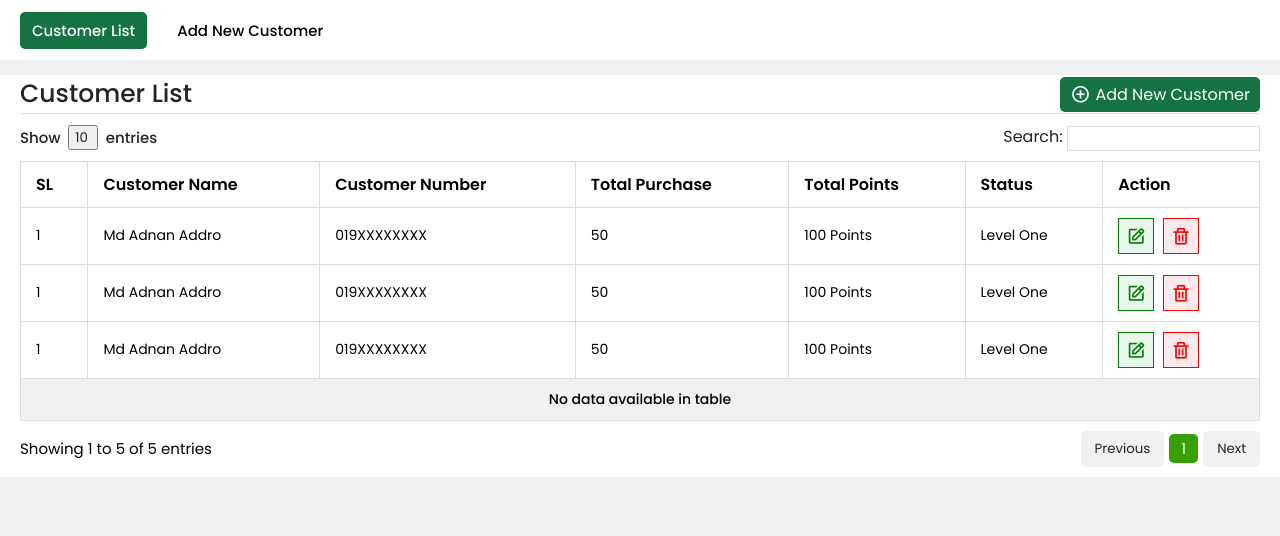
Repository: codebyaddro/customer-page
Page: customer.html
The author's editor kept a copy of each file at every save. The page is drawn from the files as they stood at one save, then again after a run of saves.
The browser window is 1280 px wide. The pictures show the whole page.

Above is the page before, as saved 2025-02-20 14:35:17.

### customer.html
<!DOCTYPE html>
<html lang="en">
<head>
    <meta charset="UTF-8">
    <meta name="viewport" content="width=device-width, initial-scale=1.0">
    <!-- CSS -->
    <link rel="stylesheet" href="css/customer.css">
    <!-- Icons -->
    <link href='https://unpkg.com/boxicons@2.1.4/css/boxicons.min.css' rel='stylesheet'>
    <title>Customer - Page</title>
</head>
<body style="background-color: var(--gray-white);">
    <div class="cba-customer-container">
        <div class="cba-cusc-top-menus">
            <ul>
                <li><a href="/index.html" class="cba-cusc-active-menu">Customer List</a></li>
                <li><a href="/inner-pages/html/anc.html" class="cba-cusc-light-up">Add New Customer</a></li>
            </ul>
        </div>
        <div class="cba-cusc-list-container">
            <div class="cba-cusc-heading-add-new-btn">
                <div class="cba-cusc-heading">
                    <h2>Customer List</h2>
                </div>
                <div class="cba-cusc-add-new-btn">
                    <i class='cba-cusc-add-icon bx bx-plus-circle'></i>
                    <a href="/inner-pages/html/anc.html">Add New Customer</a>
                </div>
            </div>
            <div class="cba-cusc-list-short-dpdwn-search-box">
                <div class="cba-cusc-list-short-dpdwn">
                    <h3>Show</h3>
                    <select name="10" id="">
                        <option value="">10</option>
                        <option value="">20</option>
                        <option value="">30</option>
                        <option value="">All</option>
                    </select>
                    <h3>entries</h3>
                </div>
                <div class="cba-cusc-search-box">
                    <legend>Search: <input type="text"></legend>
                </div>
            </div>
            <div class="cba-cusc-table-list">
                <table>
                    <thead>
                        <tr>
                            <th title="SL">SL</th>
                            <th title="Code">Customer Name</th>
                            <th title="Category Name">Customer Number</th>
                            <th title="Status">Total Purchase</th>
                            <th title="Status">Total Points</th>
                            <th title="Status">Status</th>
                            <th title="Action">Action</th>
                        </tr>
                    </thead>
                    <tbody>
                        <tr>
                            <td>1</td>
                            <td>Md Adnan Addro</td>
                            <td>019XXXXXXXX</td>
                            <td>50</td>
                            <td><span>100</span> Points</td>
                            <td><span class="cba-cusc-ls1">Level One</span></td>
                            <td>
                                <a title="Edit" href="#"><i class='cba-cusc-edit-icon bx bx-edit'></i></a>
                                <a title="Delete" href="#"><i class='cba-cusc-delete-icon bx bx-trash'></i></a>
                            </td>
                        </tr>
                        <tr>
                            <td>1</td>
                            <td>Md Adnan Addro</td>
                            <td>019XXXXXXXX</td>
                            <td>50</td>
                            <td><span>100</span> Points</td>
                            <td><span class="cba-cusc-ls1">Level One</span></td>
                            <td>
                                <a title="Edit" href="#"><i class='cba-cusc-edit-icon bx bx-edit'></i></a>
                                <a title="Delete" href="#"><i class='cba-cusc-delete-icon bx bx-trash'></i></a>
                            </td>
                        </tr>
                        <tr>
                            <td>1</td>
                            <td>Md Adnan Addro</td>
                            <td>019XXXXXXXX</td>
                            <td>50</td>
                            <td><span>100</span> Points</td>
                            <td><span class="cba-cusc-ls1">Level One</span></td>
                            <td>
                                <a title="Edit" href="#"><i class='cba-cusc-edit-icon bx bx-edit'></i></a>
                                <a title="Delete" href="#"><i class='cba-cusc-delete-icon bx bx-trash'></i></a>
                            </td>
                        </tr>
                        <tr class="cba-cusc-no-data-available">
                            <th colspan="7">No data available in table</th>
                        </tr>
                    </tbody>
                </table>
            </div>
            <div class="cba-cusc-entries-details-list-page-btn">
                <div class="cba-cusc-entries-details">
                    Showing <span>1</span> to <span>5</span> of <span>5</span> entries
                </div>
                <div class="cba-cusc-list-page-btn">
                    <button>Previous</button>
                    <h4><span>1</span></h4>
                    <button>Next</button>
                </div>
            </div>
        </div>
    </div>
</body>
</html>

### css/customer.css
/* -- fonts -- */
@import url('https://fonts.googleapis.com/css2?family=Poppins:ital,wght@0,100;0,200;0,300;0,400;0,500;0,600;0,700;0,800;0,900;1,100;1,200;1,300;1,400;1,500;1,600;1,700;1,800;1,900&family=Raleway:ital,wght@0,100..900;1,100..900&family=Roboto:ital,wght@0,100;0,300;0,400;0,500;0,700;0,900;1,100;1,300;1,400;1,500;1,700;1,900&family=VT323&display=swap');

/* -- root -- */

:root {
    --gray-white: #F0F1F2; /* For body*/
    --white: #FFFFFF;
    --black: #000000;
    --gray-black: #DDDDDD;
    --lt-black: #212523;
    --lt-black-op: #21252350;
    --main-green: #157343;
    --main-lt: #37A000;
    --lt-orange: #FD7E14;
    --green: #008000;
    --lt-green: #e9f6ec;
    --red: #FF0000;
    --lt-red: #fbeaec;
    --blue: #0000FF;
    --lt-blue: #e6e6ff;
}

/* --universal style -- */

* {
    margin: 0;
    padding: 0;
    box-sizing: border-box;
    font-family: "Poppins", serif;
}

/* -- website app text selection cursor style */

::selection {
    color: var(--white);
    background-color: var(--main-lt);
}

/* -- customer container style -- */

.cba-customer-container {
    width: 100%;
    /* margin-top: 25px; */
}

/* -- top menus style--  */

.cba-cusc-top-menus {
    background-color: var(--white);
    display: flex;
    justify-content: left;
    align-items: center;
    height: 60px;
    padding: 10px 40px;
    margin-bottom: 15px;
}

.cba-cusc-top-menus ul {
    list-style-type: none;
    display: flex;
    gap: 30px;
    margin-left: -20px;
}

.cba-cusc-top-menus ul li a {
    text-decoration: none;
    color: var(--black);
    font-size: 15px;
    font-weight: 500;
}

/* -- active menu style -- */

.cba-cusc-active-menu {
    color: var(--white)!important;
    background-color: var(--main-green);
    padding: 8px 12px;
    border-radius: 5px;
}

/* -- menu hover style -- */

.cba-cusc-light-up:hover {
    color: var(--lt-orange);
}

/* -- list container style -- */

.cba-cusc-list-container {
    background-color: var(--white);
    padding: 0px 20px;
}

/* -- heading-add-new-btn style -- */

.cba-cusc-heading-add-new-btn {
    display: flex;
    justify-content: space-between;
    align-items: center;
    border-bottom: 1px solid var(--gray-black) ;
}

.cba-cusc-heading h2 {
    color: var(--lt-black);
    font-size: 25px;
    font-weight: 500;
}

/* -- add-new-btn style -- */

.cba-cusc-add-new-btn {
    display: flex;
    gap: 5px;
    justify-content: baseline;
    align-items: center;
}

.cba-cusc-add-new-btn {
    background-color: var(--main-green);
    padding: 5px 10px;
    border-radius: 5px;
}

.cba-cusc-add-new-btn a {
    color: var(--white);
    text-decoration: none;
}

.cba-cusc-add-icon {
    color: var(--white);
    font-size: 20px;
}

/* -- list-short-dpdwn-search-box style -- */

.cba-cusc-list-short-dpdwn-search-box {
    display: flex;
    justify-content: space-between;
    align-items: center;
    padding: 10px 0px;
}

/* -- list-short-dpdwn style -- */

.cba-cusc-list-short-dpdwn {
    display: flex;
    gap: 7.5px;
    align-items: center;
}

.cba-cusc-list-short-dpdwn h3 {
    color: var(--lt-black);
    font-size: 15px;
    font-weight: 500;
}

.cba-cusc-list-short-dpdwn select {
    color: var(--lt-black);
    appearance: none;
    height: 25px;
    width: 30px;
    padding-left: 6px;
    outline: none;
    border-radius: 2.5px;
}

/* -- search-box style -- */

.cba-cusc-search-box {
    display: flex;
    align-items: center;
}

.cba-cusc-search-box legend {
    color: var(--lt-black);
}

.cba-cusc-search-box input {
    outline: none;
    height: 25px;
    width: 193px;
    border: 1px solid var(--gray-black);
}

/* -- table-list style --*/

table {
    border-collapse: collapse;
    width: 100%;
}

@media (max-width: 768px) {
    table {
        width: 100%;
        padding: 0rem;
        display: block;
        overflow-x: scroll;
        overflow-y: hidden;
        scrollbar-width: thin;
        scrollbar-color: var(--black);
    }
}

/* -- thead style -- */

thead {
    cursor: pointer;
}

th, td {
    border: 1px solid var(--gray-black);
    padding: 10px 15px;
}

thead tr th {
    font-size: 1rem;
    font-weight: 600;
    text-align: left;
}

tbody tr td {
    font-size: 0.875rem;
}

tbody tr:hover {
    background-color: var(--gray-white);
}

/* -- tbody style -- */

/* status style */

.cba-cusc-active {
    color: var(--green);
    background-color: var(--lt-green);
    font-size: 12px;
    font-weight: 500;
    padding: 2.5px 7.5px;
    border-radius: 5px;
}

.cba-cusc-inactive {
    color: var(--red);
    background-color: var(--lt-red);
    font-size: 12px;
    font-weight: 500;
    padding: 2.5px 7.5px;
    border-radius: 5px;
}

/* -- action style -- */

.cba-cusc-edit-icon {
    color: var(--green);
    background-color: var(--lt-green);
    padding: 7px 7px;
    margin-right: 2.5px;
    border: 1px solid var(--green);
    font-size: 20px;
}

.cba-cusc-edit-icon:hover {
    background-color: var(--lt-black-op);
}

.cba-cusc-delete-icon {
    color: var(--red);
    background-color: var(--lt-red);
    padding: 7px 7px;
    margin-left: 2.5px;
    border: 1px solid var(--red);
    font-size: 20px;
}

.cba-cusc-delete-icon:hover {
    background-color: var(--lt-black-op);
}

/* -- no data style */

.cba-cusc-no-data-available th {
    font-size: 14px;
    font-weight:500;
    color: var(--black);
    background-color: var(--gray-white);
}

/* -- entries-details-list-page-btn style -- */

.cba-cusc-entries-details-list-page-btn {
    display: flex;
    justify-content: space-between;
    align-items: center;
    padding: 10px 0px;
}

.cba-cusc-entries-details {
    color: var(--black);
    font-size: 15px;
}

.cba-cusc-list-page-btn {
    display: flex;
    gap: 5px;
    align-items: center;
}

.cba-cusc-list-page-btn button {
    color: var(--lt-black);
    background-color: var(--gray-white);
    padding: 8px 14px;
    border: none;
    border-radius: 5px;
    cursor: pointer;
}

.cba-cusc-list-page-btn > h4 {
    color: var(--white);
    background-color: var(--main-lt);
    font-size: 15px;
    font-weight: 400;
    padding: 3px 12px;
    border-radius: 5px;
}

After the next 2 saves:
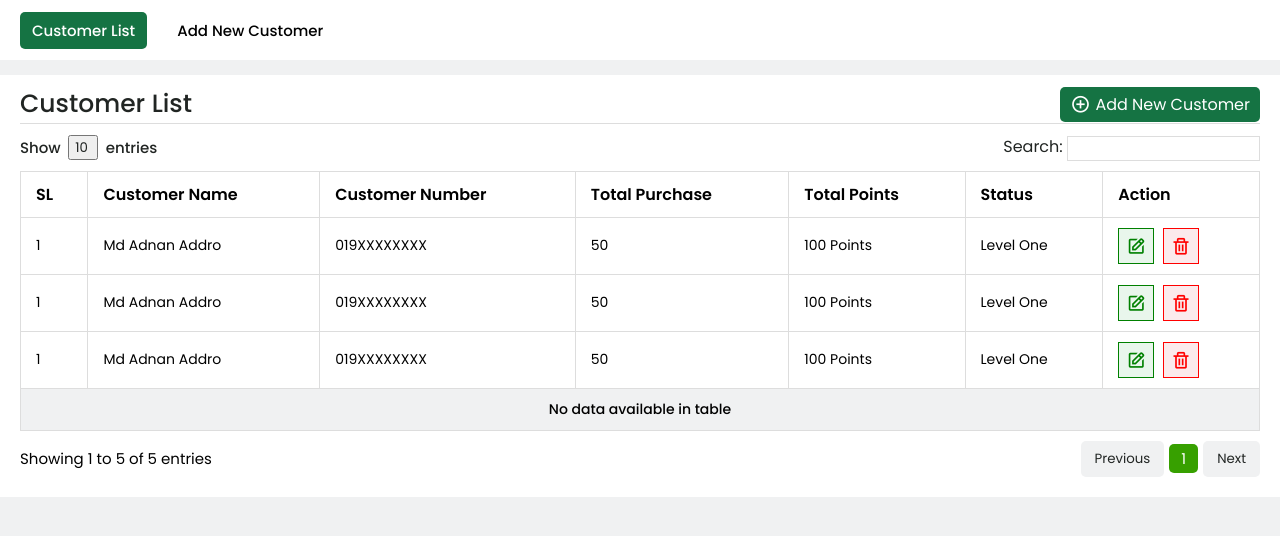
The 2 saves are shown as one change because they came seconds apart.
The last was saved 17 s later.
--- a/css/customer.css
+++ b/css/customer.css
@@ -89,7 +89,7 @@
 
 .cba-cusc-list-container {
     background-color: var(--white);
-    padding: 0px 20px;
+    padding: 10px 20px;
 }
 
 /* -- heading-add-new-btn style -- */
